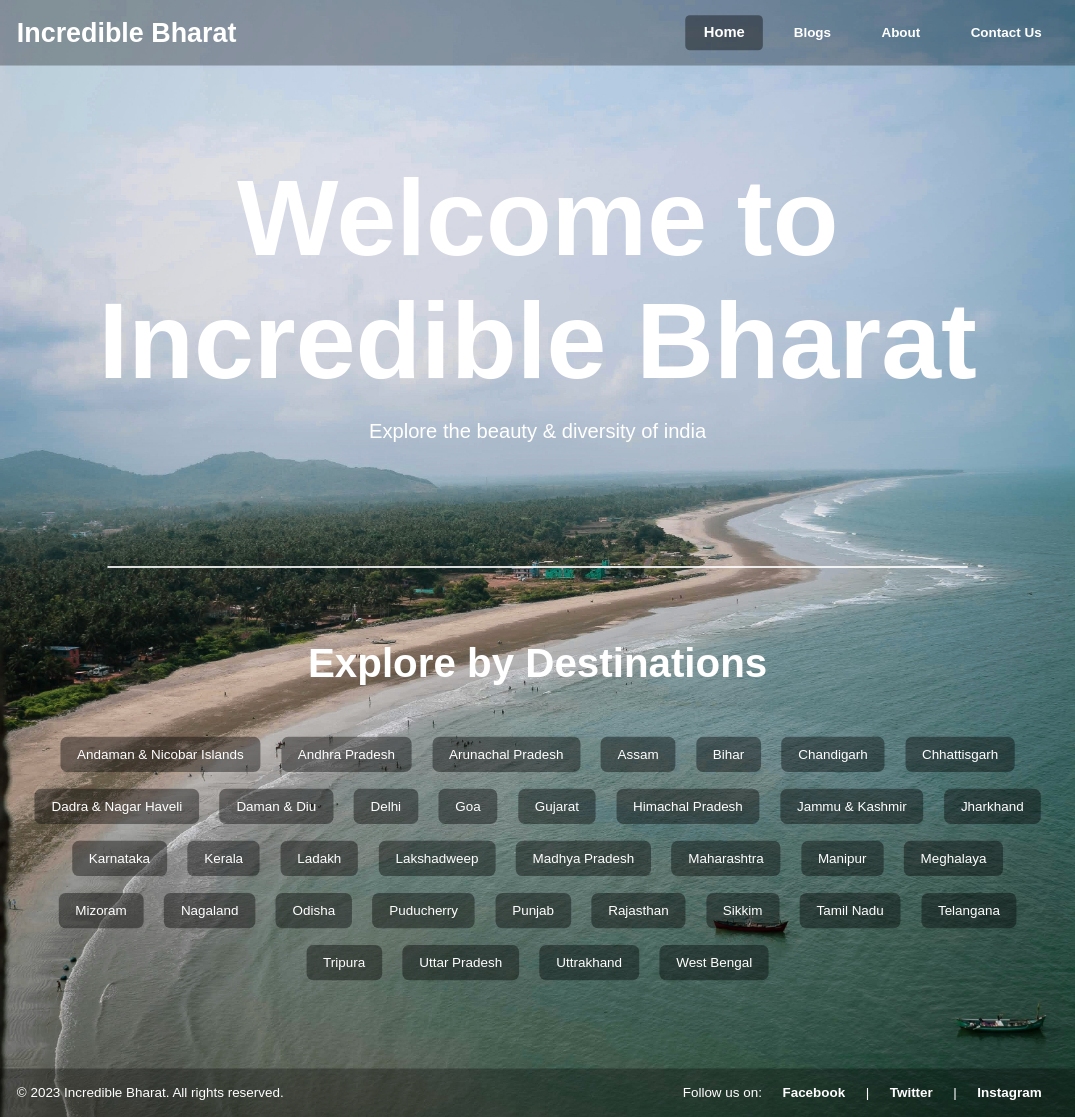
Repository: jaidhiman111/incrediblebharat
Page: index.html
An editor plug-in stored every save of this project. The page is shown before and after the next save, followed by the edit.
The browser window is 1280 px wide. The pictures show the whole page, at 84% of full size.
The pointer rests on the first visible `li a`.

Above is the page before, as saved 2025-04-30 22:43:44.

### index.html
<!DOCTYPE html>
<html lang="en">

<head>
    <meta charset="UTF-8">
    <link rel="stylesheet" href="/assets/style.css">
    <meta name="viewport" content="width=device-width, initial-scale=1.0">
    <title>Document</title>
</head>

<body>
    <!-- This is the header of the page. -->
    <header class="header">
        <div class="logo">
            <h1>Incredible Bharat</h1>
        </div>
        <div class="nav">
            <nav>
                <ul>
                    <li>
                        <a href="#">Home</a>
                        <a href="#">Blogs</a>
                        <a href="#">About</a>
                        <a href="#">Contact Us</a>
                    </li>
                </ul>
            </nav>
        </div>
    </header>
    <!-- This is the main content of the page. -->
    <main class="main-container">
        <section class="hero-section">
            <h2>Welcome to Incredible Bharat</h2>
            <a href="#">Explore the beauty & diversity of india</a>
        </section>
        <hr>
        <section class="state-section">
            <div>
                <h2>Explore by Destinations</h2>
            </div>
            <div class="state-button">
                <button type="button"><a href="#">Andaman & Nicobar Islands</a></button>
                <button type="button"><a href="#">Andhra Pradesh</a></button>
                <button type="button"><a href="#">Arunachal Pradesh</a></button>
                <button type="button"><a href="#">Assam</a></button>
                <button type="button"><a href="#">Bihar</a></button>
                <button type="button"><a href="#">Chandigarh</a></button>
                <button type="button"><a href="#">Chhattisgarh</a></button>
                <button type="button"><a href="#">Dadra & Nagar Haveli</a></button>
                <button type="button"><a href="#">Daman & Diu</a></button>
                <button type="button"><a href="#">Delhi</a></button>
                <button type="button"><a href="#">Goa</a></button>
                <button type="button"><a href="#">Gujarat</a></button>
                <button type="button"><a href="#">Himachal Pradesh</a></button>
                <button type="button"><a href="#">Jammu & Kashmir</a></button>
                <button type="button"><a href="#">Jharkhand</a></button>
                <button type="button"><a href="#">Karnataka</a></button>
                <button type="button"><a href="#">Kerala</a></button>
                <button type="button"><a href="#">Ladakh</a></button>
                <button type="button"><a href="#">Lakshadweep</a></button>
                <button type="button"><a href="#">Madhya Pradesh</a></button>
                <button type="button"><a href="#">Maharashtra</a></button>
                <button type="button"><a href="#">Manipur</a></button>
                <button type="button"><a href="#">Meghalaya</a></button>
                <button type="button"><a href="#">Mizoram</a></button>
                <button type="button"><a href="#">Nagaland</a></button>
                <button type="button"><a href="#">Odisha</a></button>
                <button type="button"><a href="#">Puducherry</a></button>
                <button type="button"><a href="#">Punjab</a></button>
                <button type="button"><a href="#">Rajasthan</a></button>
                <button type="button"><a href="#">Sikkim</a></button>
                <button type="button"><a href="#">Tamil Nadu</a></button>
                <button type="button"><a href="#">Telangana</a></button>
                <button type="button"><a href="#">Tripura</a></button>
                <button type="button"><a href="#">Uttar Pradesh</a></button>
                <button type="button"><a href="#">Uttrakhand</a></button>
                <button type="button"><a href="#">West Bengal</a></button>
            </div>
        </section>
    </main>
    <!-- This is the footer of the page. -->
    <footer class="footer">
        <div>
            <p>&copy; 2023 Incredible Bharat. All rights reserved.</p>
        </div>
        <div>
            <p>Follow us on:
                <a href="#">Facebook</a> |
                <a href="#">Twitter</a> |
                <a href="#">Instagram</a>
        </div>
    </footer>
</body>

</html>

### assets/style.css
* {
    box-sizing: border-box;
    margin: 0;
    padding: 0;
}

body {
    font-family: Arial, sans-serif;
    background-image: url('/media/bg-cover.jpg');
    background-size: cover;
    background-repeat: no-repeat;
    background-position: center;
    color: #fff;
}

/* This is for header */
.header {
    background-color: rgba(0, 0, 0, 0.3);
    display: flex;
    justify-content: space-between;
    align-items: center;
    padding: 20px;
    position: sticky;
    top: 0;
    text-align: center;
}

li {
    list-style: none;
    display: flex;
    gap: 20px;
}

li a {
    /* background-color:aqua ; */
    padding: 10px 20px;
    border-radius: 5px;
    text-decoration: none;
    color: #fff;
    font-weight: bold;
}

li a:hover {
    color: #fff;
    transform: scale(1.1);
    background-color: rgba(0, 0, 0, 0.4);
}

/* This is for section */
.hero-section {
    display: flex;
    flex-direction: column;    /* stack items vertically */
    justify-content: center;   /* center vertically */
    align-items: center;       /* center horizontally */
    height: 80vh;
    text-align: center;
}

.hero-section h2 {
    font-size: 8rem;
    margin-bottom: 20px;
}

.hero-section a {
    text-decoration: none;
    color: #fff;
    font-size: 1.5rem;
    margin-bottom: 20px;
}

.hero-section a:hover {
    color: #fff;
    text-decoration: underline;
    transform: scale(1.1);
    transition: transform 0.3s ease-in-out;
}

hr {
    width: 80%;
    margin: 20px auto;
    border: 1px solid #fff;
}

.state-section {
    display: flex;
    flex-direction: column;    /* stack items vertically */
    justify-content: center;
    align-items: center;
    height: 80vh;
    text-align: center;
}

.state-section h2 {
    font-size: 3rem;
    margin-bottom: 20px;
}

.state-button {
    padding: 30px;
    max-width: 100rem;
    margin: 0 auto;
  }

  .state-button button {
    background-color: rgba(0, 0, 0, 0.4);  /* Soft blue */
    border: none;
    border-radius: 8px;
    margin: 10px ;
    padding: 12px 20px;
    cursor: pointer;
    transition: background-color 0.3s ease;
    font-size: 16px;
    font-weight: 500;
  }

  .state-button button a {
    color: #ffffff;
    text-decoration: none;
    display: block;
    width: 100%;
    height: 100%;
  }

  .state-button button:hover {
    background-color: rgba(0, 0, 0, 0.7); /* Darker blue on hover */
    transform: scale(1.1); /* Slightly enlarge the button on hover */
    transition: transform 0.3s ease-in-out;
  }

  /* This is for footer */

.footer {
    background-color: rgba(0, 0, 0, 0.3);
    display: flex;
    justify-content: space-between;
    align-items: center;
    padding: 20px;
    position: relative;
    bottom: 0;
    text-align: center;
}

.footer li {
    list-style: none;
    display: flex;
    gap: 20px;
}

.footer a {
    padding: 10px 20px;
    border-radius: 5px;
    text-decoration: none;
    color: #fff;
    font-weight: bold;
}
.footer a:hover {
    color: #fff;
    transform: scale(1.1);
    text-decoration: underline;
}

After the next save:
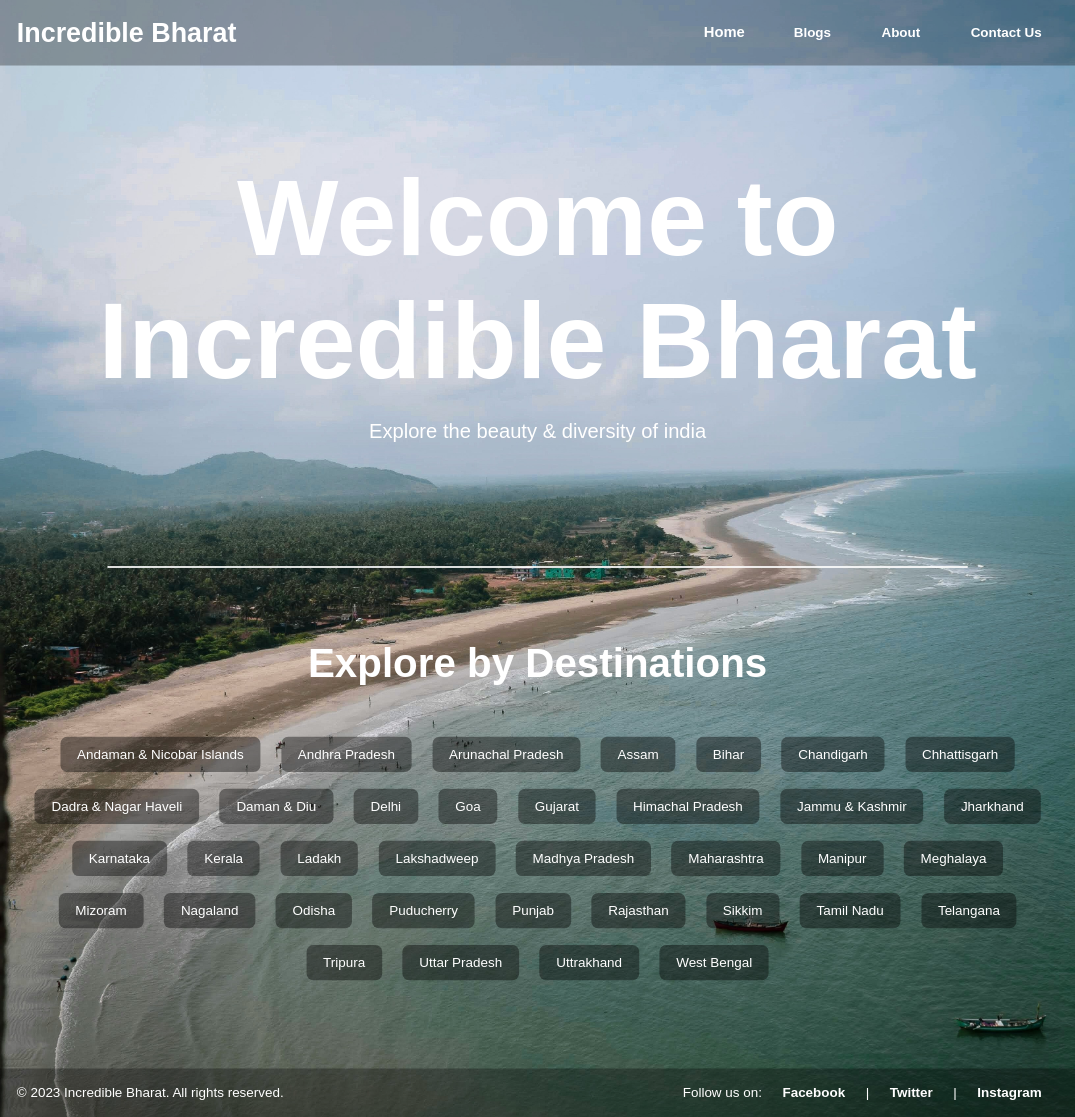
Saved 4 min 54 s later.
--- a/assets/style.css
+++ b/assets/style.css
@@ -43,7 +43,7 @@ li a {
 li a:hover {
     color: #fff;
     transform: scale(1.1);
-    background-color: rgba(0, 0, 0, 0.4);
+    /* background-color: rgba(0, 0, 0, 0.4); */
 }
 
 /* This is for section */
